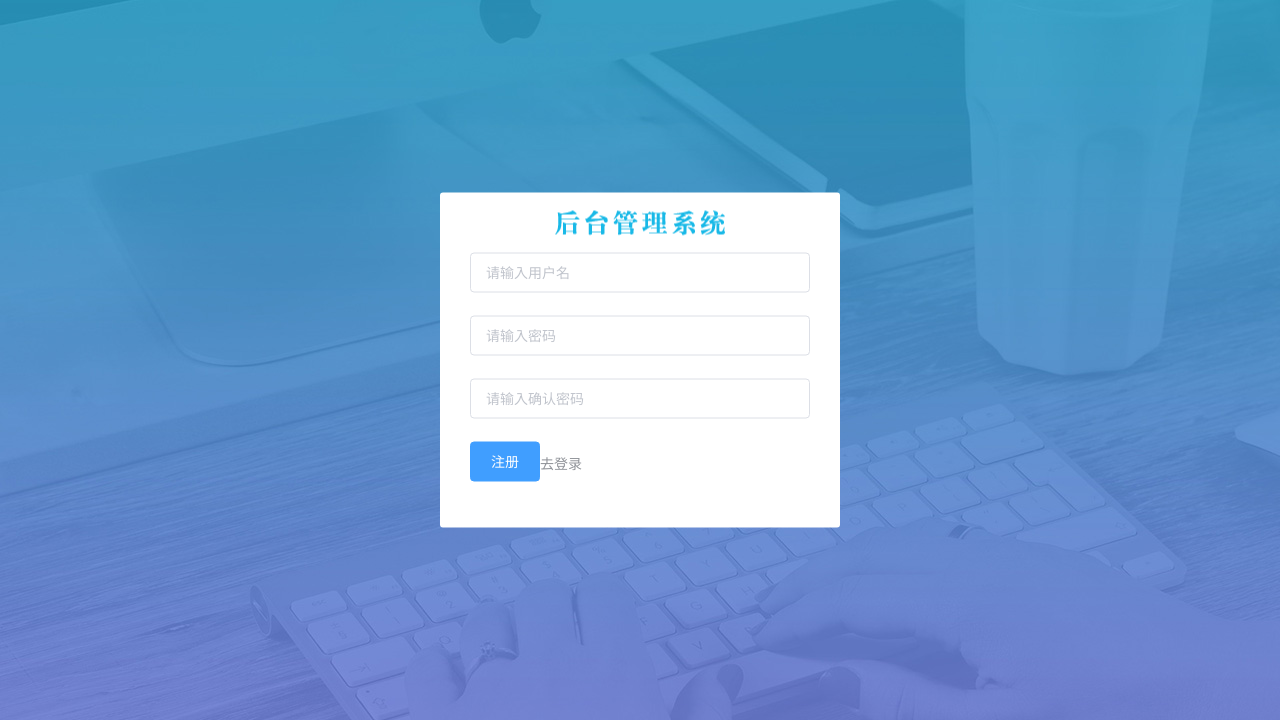
Repository: hnwj/vue-even
Page: /#/reg
An editor plug-in stored every save of this project. The page is shown before and after a run of saves, followed by the edit.
The browser window is 1280 px wide. The pictures show the whole page.
The project was rebuilt for these pictures with package versions that can differ from the ones it lists, and the page was loaded fresh each time. Also part of the build but not shown: vue.config.js.

Above is the page before, as saved 2022-11-27 19:40:57.

### src/main.js
import Vue from 'vue'
import App from './App.vue'
import router from './router'
import store from './store'
import '@/assets/global.less'
import '@/elementUI'
Vue.config.productionTip = false

new Vue({
  router,
  store,
  render: h => h(App)
}).$mount('#app')

### src/App.vue
<template>
   <router-view></router-view>
</template>
<script>
export default {

}
</script>

<style>
</style>

### src/router/index.js
import Vue from 'vue'
import VueRouter from 'vue-router'

Vue.use(VueRouter)

const routes = [
  {
    path: '/reg',
    component: () => import('@/views/Register')
  },
  {
    path: '/login',
    component: () => import('@/views/Login')
  }
]

const router = new VueRouter({
  routes
})

export default router

### src/elementUI/index.js
import Vue from 'vue'
import ElementUI from 'element-ui'
import 'element-ui/lib/theme-chalk/index.css'
Vue.use(ElementUI)

### src/views/Register/index.vue
<template>
  <!-- 注册页面的整体盒子 -->
  <div class="reg-container">
    <!-- 注册的盒子 -->
    <div class="reg-box">
      <!-- 标题的盒子 -->
      <div class="title-box"></div>
      <!-- 注册的表单区域 -->
      <el-form ref="form" :model="form" :rules="rulesObj">
        <el-form-item prop="username">
          <el-input
            placeholder="请输入用户名"
            v-model="form.username"
          ></el-input>
        </el-form-item>
        <el-form-item prop="password">
          <el-input placeholder="请输入密码" v-model="form.password"></el-input>
        </el-form-item>
        <el-form-item prop="repassword">
          <el-input
            placeholder="请输入确认密码"
            v-model="form.repassword"
          ></el-input>
        </el-form-item>
        <el-button type="primary" @click="registerFn" class="btn-login">注册</el-button>
        <el-link type="info" @click="$router.push('/login')">去登录</el-link>
      </el-form>
    </div>
  </div>
</template>

<script>
import { registerAPI } from '@/api'
export default {
  name: 'my-register',
  data () {
    const samePwd = (rule, value, callback) => {
      if (value !== this.form.password) {
        // 如果验证失败，则调用 回调函数时，指定一个 Error 对象。
        callback(new Error('两次输入的密码不一致!'))
      } else {
        // 如果验证成功，则直接调用 callback 回调函数即可。
        callback()
      }
    }
    return {
      form: {
        username: '',
        password: '',
        repassword: ''
      },
      // 表单校验对象
      rulesObj: {
        username: [
          { required: true, message: '请输入用户名', trigger: 'blur' },
          {
            pattern: /^[a-zA-Z0-9]{1,10}$/,
            message: '用户名必须是1-10的大小写字母数字',
            trigger: 'blur'
          }
        ],
        password: [
          { required: true, message: '请输入密码', trigger: 'blur' },
          {
            pattern: /^\S{6,15}$/,
            message: '密码必须是6-15的非空字符',
            trigger: 'blur'
          }
        ],
        repassword: [
          { required: true, message: '请再次输入密码', trigger: 'blur' },
          { pattern: /^\S{6,15}$/, message: '密码必须是6-15的非空字符', trigger: 'blur' },
          { validator: samePwd, trigger: 'blur' }
        ]
      }
    }
  },
  methods: {
    registerFn () {
      this.$refs.form.validate(async valid => {
        if (valid) {
          const { data: res } = await registerAPI(this.form)
          // 若注册失败，res.code!=0
          if (res.code !== 0) return this.$message.error(res.message)
          this.$message.success(res.message)
          this.$router.push('/login')
          // 通过验证
          console.log(this.form)
        } else {
          return false
        }
      })
    }
  }
}
</script>

<style lang="less" scoped>
.reg-container {
  background: url('../../assets/images/login_bg.jpg') center;
  background-size: cover;
  height: 100%;

  .reg-box {
    width: 400px;
    height: 335px;
    background-color: #fff;
    border-radius: 3px;
    position: absolute;
    left: 50%;
    top: 50%;
    transform: translate(-50%, -50%);
    padding: 0 30px;
    box-sizing: border-box;

    .title-box {
      height: 60px;
      background: url('../../assets/images/login_title.png') center no-repeat;
    }

    .btn-reg {
      width: 100%;
    }
  }
}
</style>

### src/api/index.js
import request from '@/utils/request'

export const registerAPI = ({ username, password, repassword }) => {
  return request({
    url: '/api/reg',
    method: 'POST',
    data: {
      username,
      password,
      repassword
    }
  })
}

### src/utils/request.js
// 基于axios封装，网络请求的函数
import axios from 'axios'

const myAxios = axios.create({
  baseURL: 'http://big-event-vue-api-t.itheima.net'
})

export default myAxios

Loaded but not shown: public/index.html (common file); src/store/index.js (common file); src/assets/global.less (common file)

After the next 3 saves:
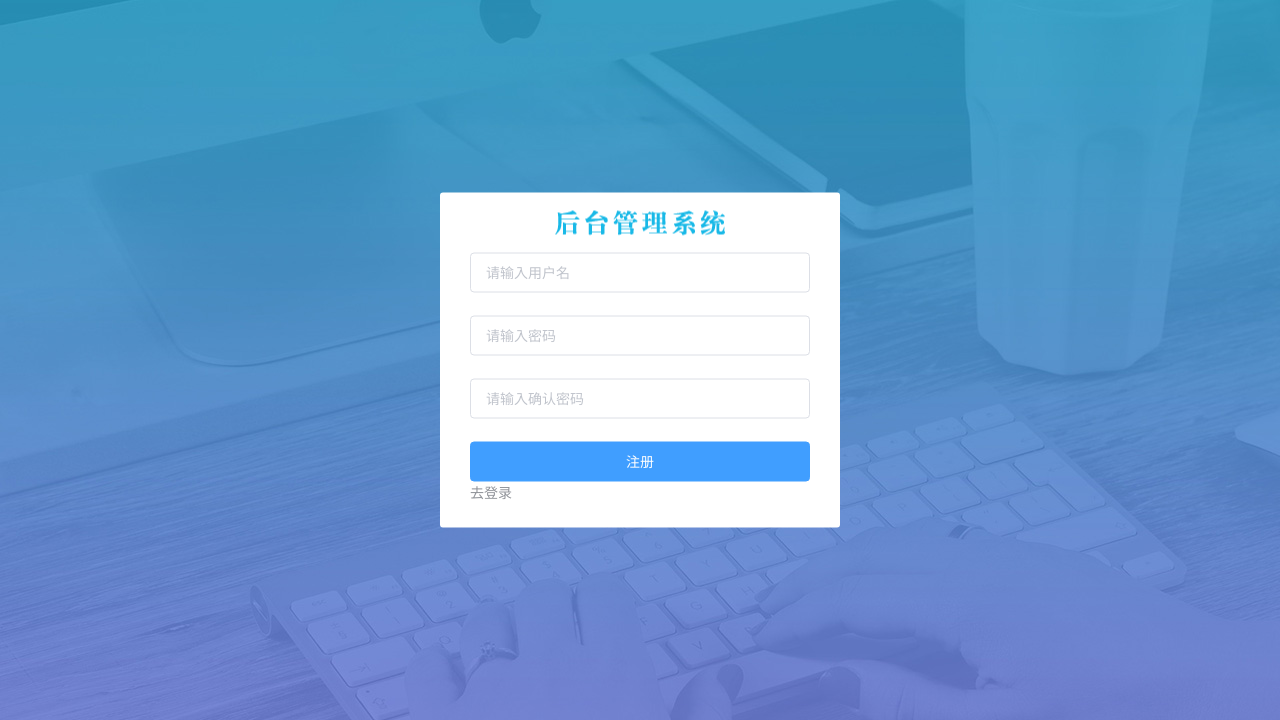
The 3 saves are shown as one change because they came seconds apart.
The last was saved 115 s later.
--- a/src/views/Register/index.vue
+++ b/src/views/Register/index.vue
@@ -22,7 +22,7 @@
             v-model="form.repassword"
           ></el-input>
         </el-form-item>
-        <el-button type="primary" @click="registerFn" class="btn-login">注册</el-button>
+        <el-button type="primary" @click="registerFn" class="btn-reg">注册</el-button>
         <el-link type="info" @click="$router.push('/login')">去登录</el-link>
       </el-form>
     </div>
